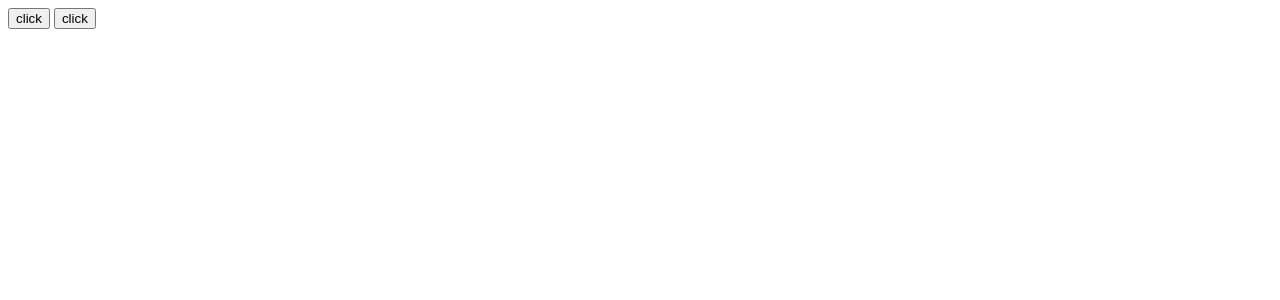
Repository: hong-bi/JsonStudy
Page: JsonApp01/WebContent/JsonTest06.html
These files come from the project's save history. The page is drawn as it stood at one moment and after the next save; the edit follows.
The browser window is 1280 px wide. The pictures show the whole page.

Above is the page before, as saved 2019-05-31 06:21:46.

### JsonApp01/WebContent/JsonTest06.html
<meta charset="UTF-8">
<script type="text/javascript">

	var obj1 =
	{
		"test" : "abc"
	}

</script>

<form>

	<input type="button" value="click" onclick="alert(typeof obj1)">
	<input type="button" value="click" onclick="alert(obj.test)">

</form>

After the next save:
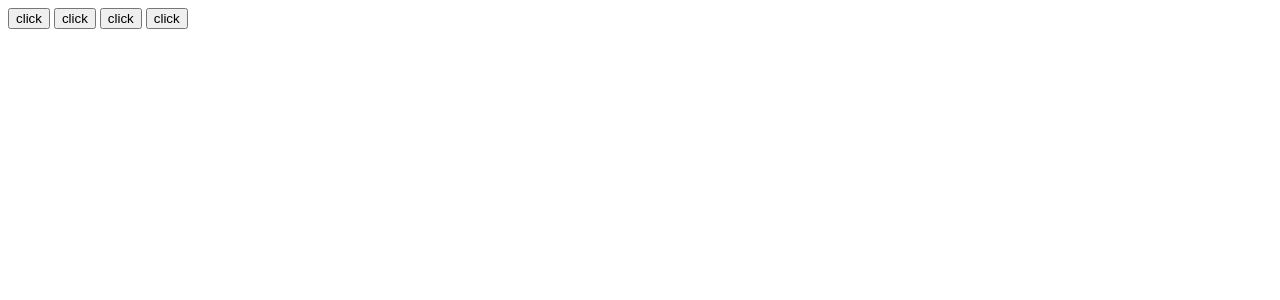
Saved 23 s later.
--- a/JsonApp01/WebContent/JsonTest06.html
+++ b/JsonApp01/WebContent/JsonTest06.html
@@ -9,8 +9,10 @@
 </script>
 
 <form>
+	<input type="button" value="click" onclick="alert(obj1)">
+	<input type="button" value="click" onclick="alert(typeof obj1)">
 
-	<input type="button" value="click" onclick="alert(typeof obj1)">
 	<input type="button" value="click" onclick="alert(obj.test)">
+	<input type="button" value="click" onclick="alert(typeof obj.test)">
 
 </form>
